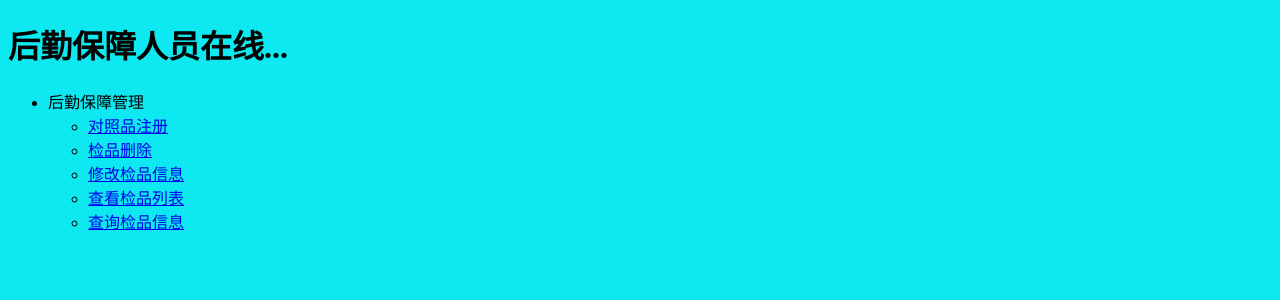
Repository: Shaoxubao/Java
Page: http://localhost/msm/jsp/reference/ref_menu.jsp
The author's editor kept a copy of each file at every save. The page is drawn from the files as they stood at one save, then again after the next save.
The browser window is 1280 px wide. The pictures show the whole page.
The page is served by Tomcat 9. Nobody is signed in. The application's start-up code is not run.

Above is the page before, as saved 2015-06-01 11:55:46.

After the next save:
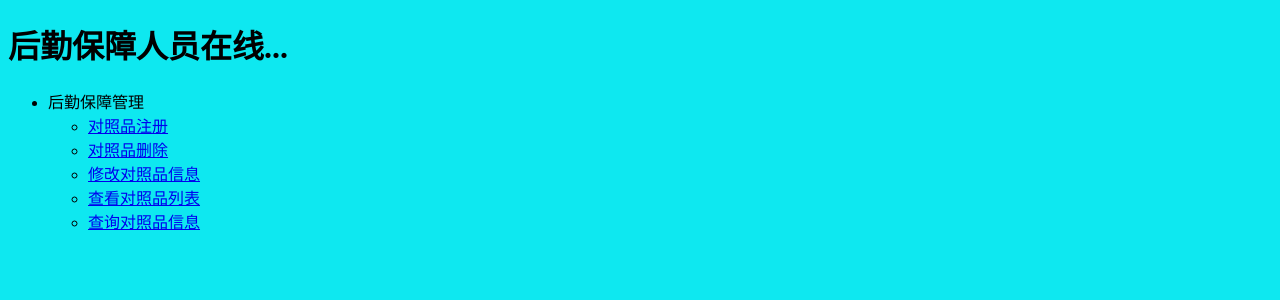
Saved 23 s later.
--- a/msm/WebContent/jsp/reference/ref_menu.jsp
+++ b/msm/WebContent/jsp/reference/ref_menu.jsp
@@ -14,10 +14,10 @@
         <ul>
            <!-- <li><a href="add_sample.jsp" target="main">检品注册</a></li>-->
           <li><a href="<%=request.getContextPath()%>/samplem/addsample" target="main">对照品注册</a></li>
-          <li><a href="<%=request.getContextPath()%>/samplem/deletesample" target="main">检品删除</a></li>
-          <li><a href="<%=request.getContextPath()%>/samplem/update" target="main">修改检品信息</a></li>
-          <li><a href="<%=request.getContextPath()%>/samplem/samples" target="main">查看检品列表</a></li>
-          <li><a href="<%=request.getContextPath()%>/samplem/show" target="main">查询检品信息</a></li>
+          <li><a href="<%=request.getContextPath()%>/samplem/deletesample" target="main">对照品删除</a></li>
+          <li><a href="<%=request.getContextPath()%>/samplem/update" target="main">修改对照品信息</a></li>
+          <li><a href="<%=request.getContextPath()%>/samplem/samples" target="main">查看对照品列表</a></li>
+          <li><a href="<%=request.getContextPath()%>/samplem/show" target="main">查询对照品信息</a></li>
         </ul>
       </ul>
     </div>
